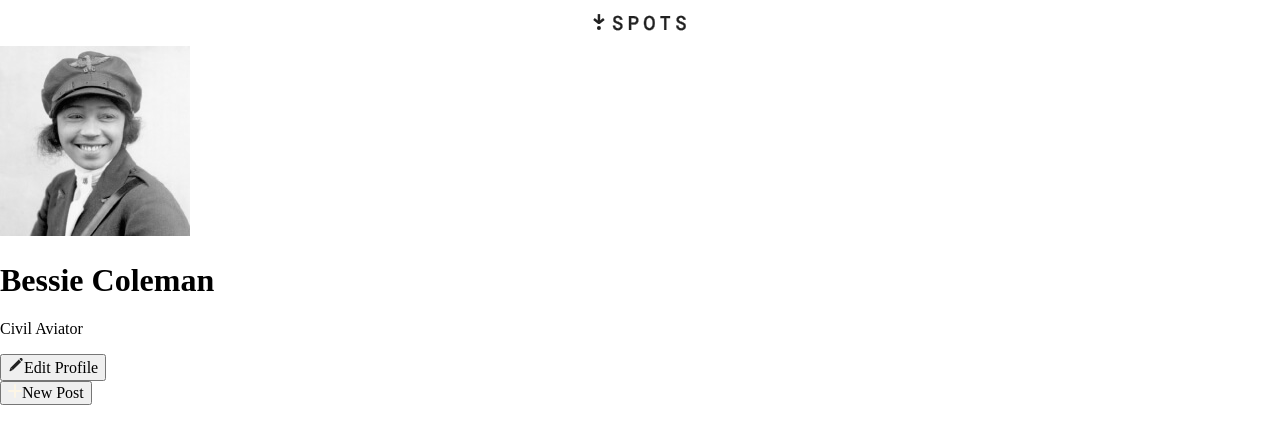
Repository: riffey55/se_project_spots
Page: index.html
These files come from the project's save history. The page is drawn as it stood at one moment and after the next save; the edit follows.
The browser window is 1280 px wide. The pictures show the whole page.

Above is the page before, as saved 2025-05-19 16:48:31.

### index.html
<!DOCTYPE html>
<html lang="en">
  <head>
    <meta charset="UTF-8" />
    <meta name="viewport" content="width=device-width, initial-scale=1.0" />
    <meta name="description" content="????" />
    <meta name="author" content="Beren Riffey" />
    <meta name="keywords" content="HTML, CSS. ??" />
    <link rel="stylesheet" href="./pages/index.css" />
    <link rel="icon" type="image/x-icon" href="favicon.ico" />
    <title>Spots</title>
  </head>
  <body>
    <div class="page">
      <header class="header">
        <img src="./images/Logo.svg" alt="Spot logo" class="header__logo" />
      </header>
      <main class="content">
        <section class="profile">
          <img
            src="./images/avatar.jpg"
            alt="Bessie Coleman avatar"
            class="profile__avatar"
          />
          <div class="profile__column">
            <h1 class="profile__name">Bessie Coleman</h1>
            <p class="profile__description">Civil Aviator</p>
            <button class="profile__edit-btn">
              <img src="./images/pencil.svg" alt="Pencil icon" />Edit Profile
            </button>
          </div>
          <button class="profile__add-btn">
            <img src="./images/plus.svg" alt="Plus icon" class="" />New Post
          </button>
        </section>
      </main>
      <footer class="footer"></footer>
    </div>
  </body>
</html>

### pages/index.css
@import url(..vendor/normalize.css);


@import url(../blocks/header.css);
@
@import url(../blocks/profile.css);

Loaded but not shown: vendor/normalize.css (library); blocks/header.css (common file)

After the next save:
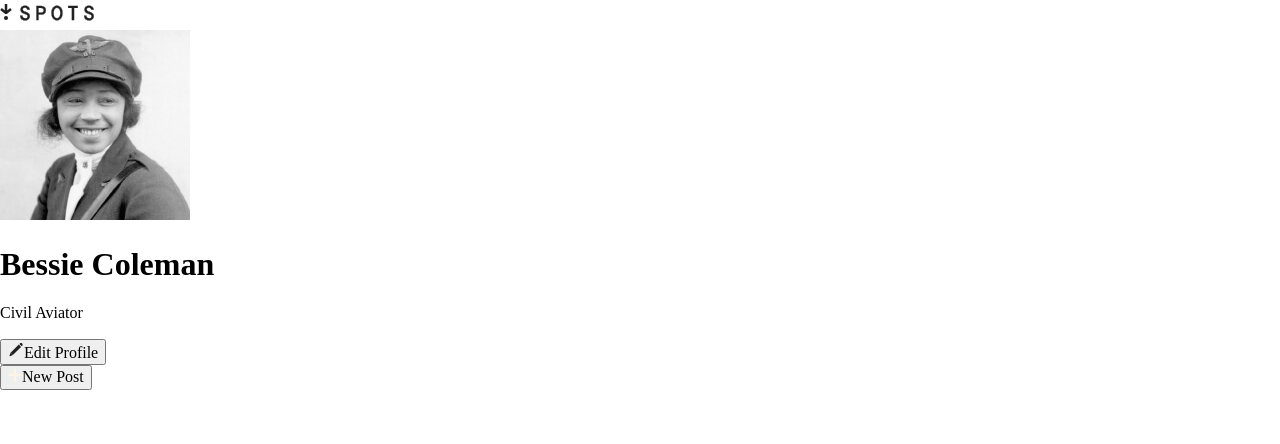
Saved 17 s later.
--- a/pages/index.css
+++ b/pages/index.css
@@ -1,6 +1,5 @@
 @import url(..vendor/normalize.css);
-
-
+import url(../blocks/page.css);
 @import url(../blocks/header.css);
 @
 @import url(../blocks/profile.css);
